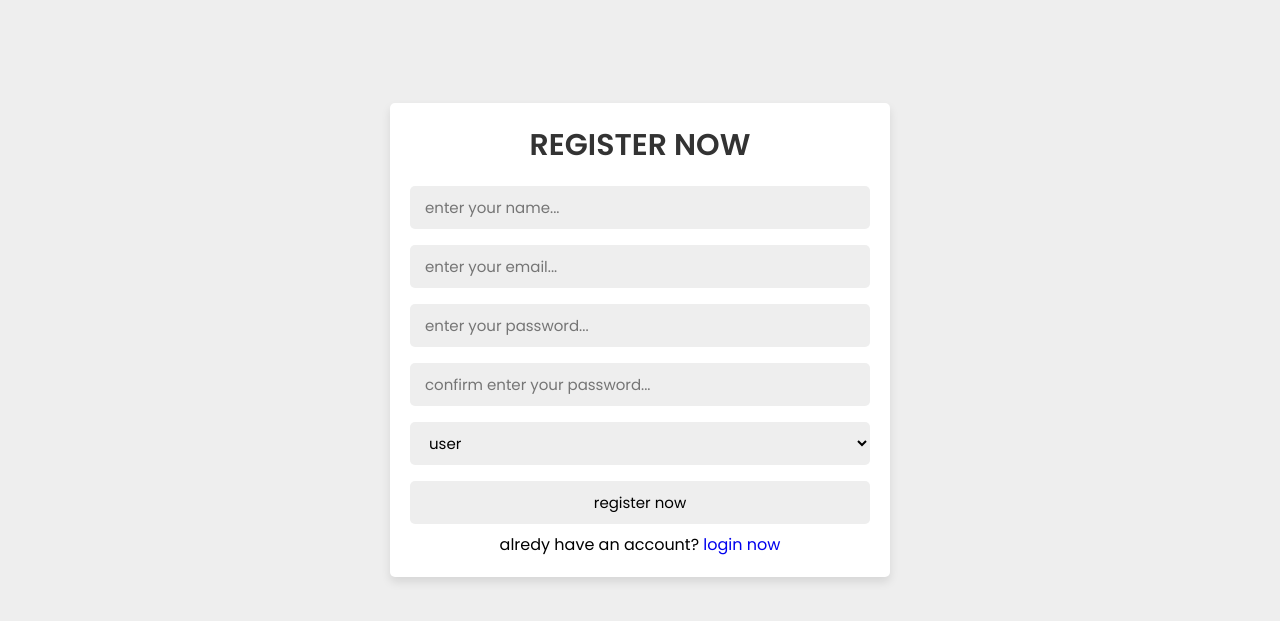
Repository: yennobita/FPT-PHP1
Page: http://localhost/user/register_form.php
The author's editor kept a copy of each file at every save. The page is drawn from the files as they stood at one save, then again after the next save.
The browser window is 1280 px wide. The pictures show the whole page.
The page is run by PHP 8.4 with error messages shown; the project is at /var/www/html/.

Above is the page before, as saved 2022-07-24 21:28:39.

### ASM_PHP1/user/register_form.php
<!DOCTYPE html>
<html lang="en">
<head>
    <meta charset="UTF-8">
    <meta http-equiv="X-UA-Compatible" content="IE=edge">
    <meta name="viewport" content="width=device-width, initial-scale=1.0">
    <title>Form-container</title>
    <style>
    @import url("https://fonts.googleapis.com/css2?family=Poppins:wght@100;200;300;400;500;600&display=swap");
    * {
       font-family: "Poppins", sans-serif;
       margin: 0;
       padding: 0;
       box-sizing: border-box;
       outline: none;
       border: none;
       text-decoration: none;
    }
    .form-container {
        min-height: 100vh;
        display: flex;
        align-items: center;
        justify-content: center;
        padding: 20px;
        padding-bottom: 60px;
        background: #eee;

    }
    .form-container form {
        padding: 20px;
        border-radius: 5px;
        box-shadow: 0 5px 10px rgba(0, 0, 0, .1);
        text-align: center;
        background: #fff;
        width: 500px;
    }
    .form-container form h3 {
        font-size: 30px;
        text-transform: uppercase;
        margin-bottom: 10px;
        color: #333;

    }
    .form-container form input,
    .form-container form select {
        width: 100%;
        padding: 10px 15px;
        font-size: 15px;
        margin: 8px 0;
        background: #eee;
        border-radius: 5px;

    }
    </style>
</head>
<body>
    <div class="form-container">
        <form action="" method="post">
            <h3>register now</h3>
            <input type="text" name="name" require placeholder="enter your name...">
            <input type="email" name="email" require placeholder="enter your email...">
            <input type="password" name="password" require placeholder="enter your password...">
            <input type="password" name="password" require placeholder="confirm enter your password...">
            <select name="user_type" >
                <option value="user">user</option>
                <option value="admin">admin</option>
            </select>
            <input type="submit" name="submit" value="register now" class="form-btn">
            <p>alredy have an account? <a href="/user/login_form.php">login now</a></p>
        </form>
    </div>
</body>
</html>

After the next save:
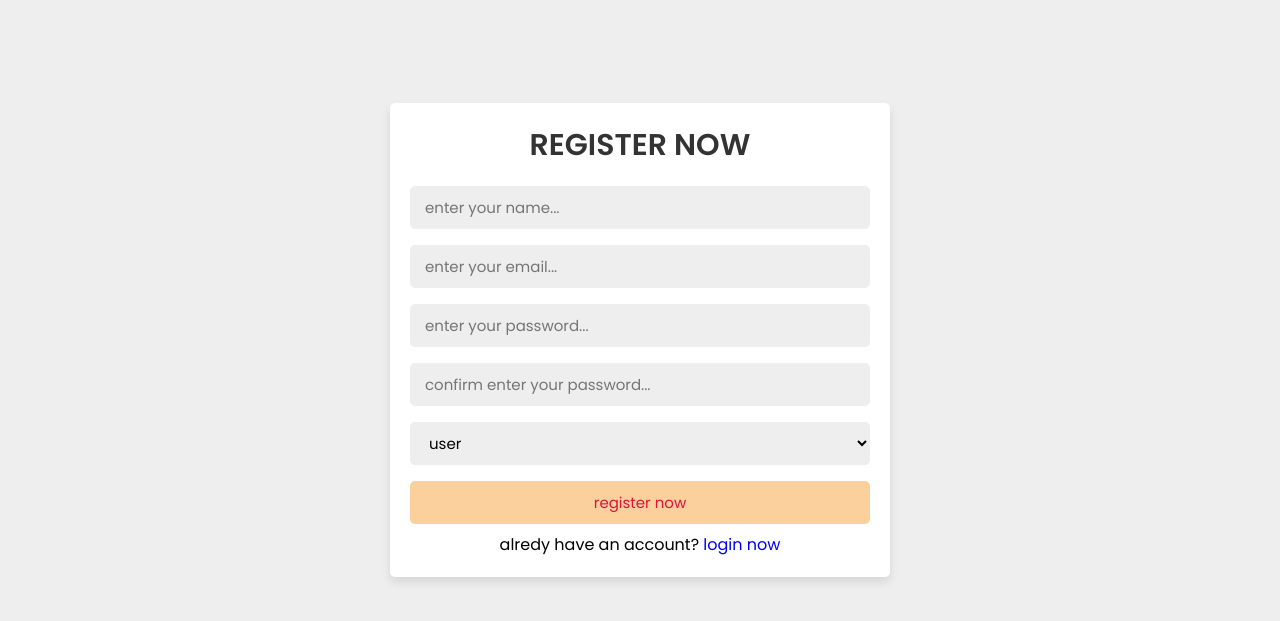
Saved 116 s later.
--- a/ASM_PHP1/user/register_form.php
+++ b/ASM_PHP1/user/register_form.php
@@ -51,6 +51,13 @@
         border-radius: 5px;
 
     }
+    .form-container form select option {
+        background: #fff;
+    }
+    .form-container form .form-btn {
+        background: #fbd09d;
+        color: crimson;
+    }
     </style>
 </head>
 <body>
